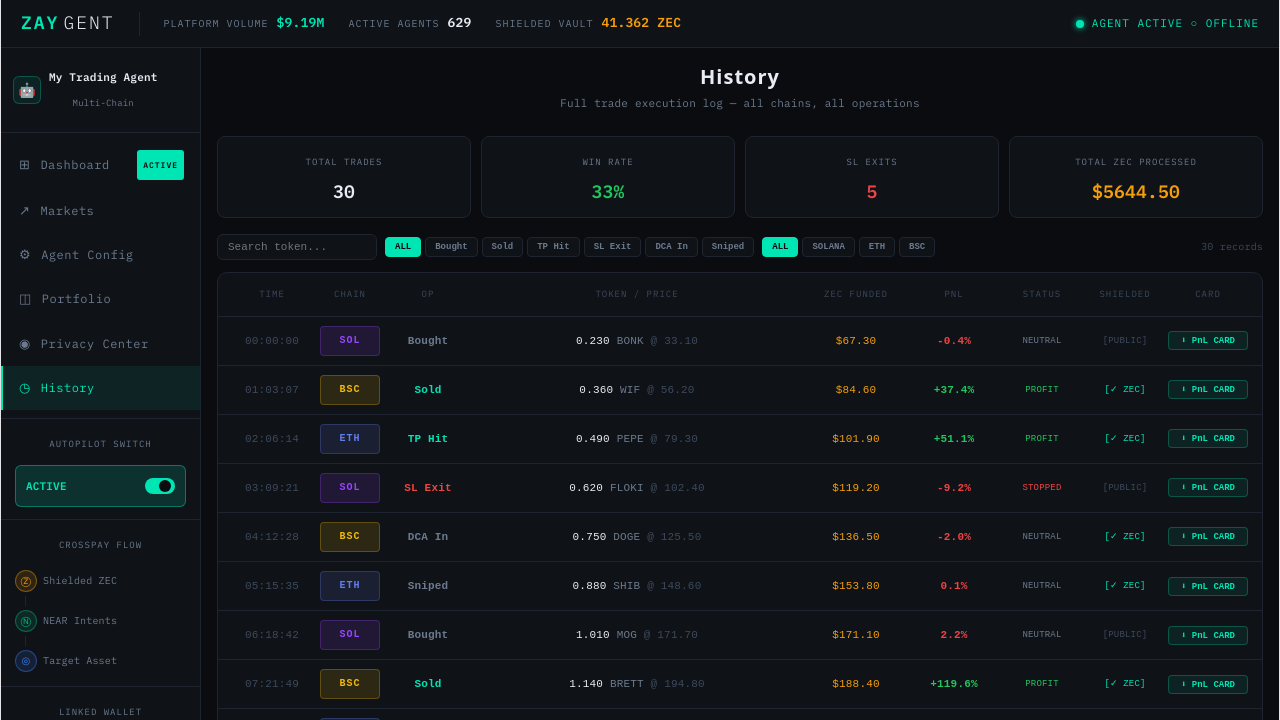
Repository: joshuaonazi/ZayAgent
Page: / (app in zaygent/), after clicking the first element matching `nav > :nth-child(6)`
The author's editor kept a copy of each file at every save. The page is drawn from the files as they stood at one save, then again after the next save.
The browser window is 1280 px wide. The pictures show the whole page.
The page's requests for data from a server got no answer. An inner scrolling area shows only its first screen. The project was rebuilt for these pictures with package versions that can differ from the ones it lists, and the page was loaded fresh each time. No one was signed in, and anything a server would have sent is missing. Also part of the build but not shown: zaygent/vite.config.js, zaygent/src/components/ActivityRow.jsx, zaygent/src/pages/Markets.jsx, zaygent/src/pages/AgentConfig.jsx, zaygent/src/components/PnLCard.jsx, zaygent/src/components/PnLCardModal.jsx, zaygent/src/pages/Portfolio.jsx, zaygent/src/pages/PrivacyCenter.jsx.

Above is the page before, as saved 2026-06-04 00:04:45.

After the next save:
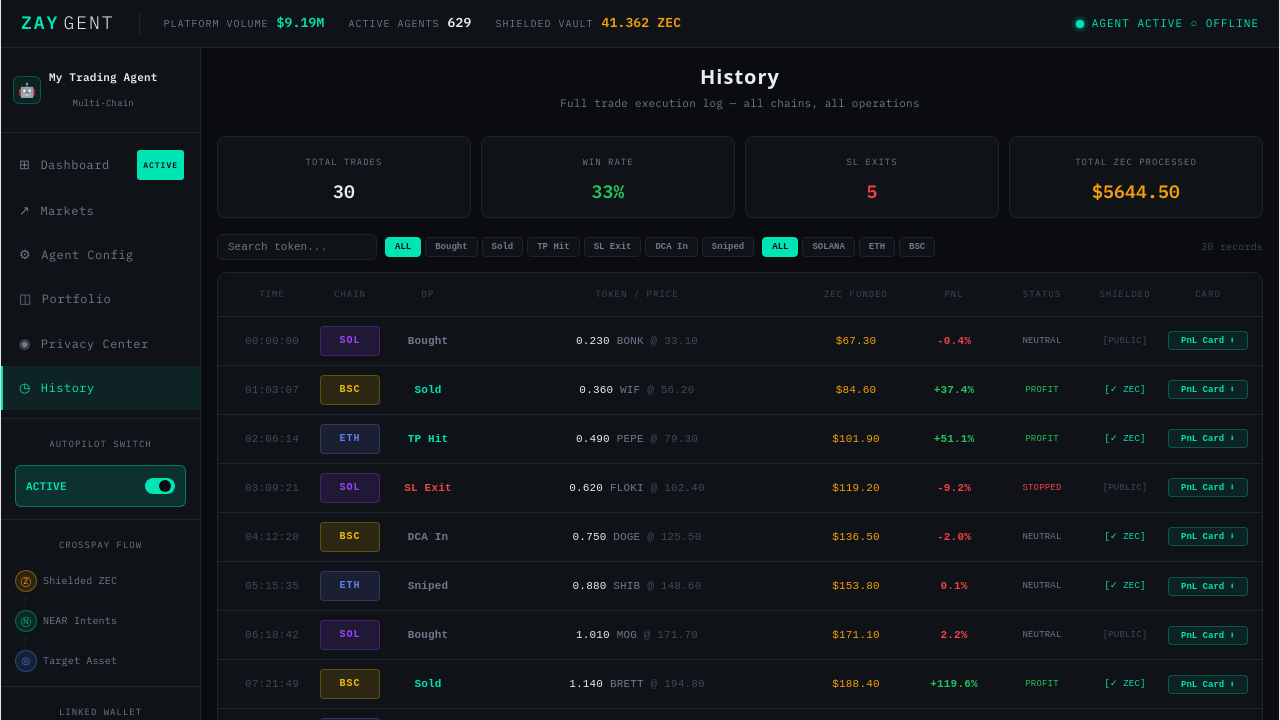
Saved 48 s later.
--- a/zaygent/src/pages/History.jsx
+++ b/zaygent/src/pages/History.jsx
@@ -114,7 +114,7 @@ export default function History() {
               <button
                 onClick={() => setSelectedTrade(item)}
                 style={{ background: COLORS.tealFaint, color: COLORS.teal, border: `1px solid ${COLORS.teal}44`, borderRadius: 4, padding: "3px 8px", fontSize: 9, fontFamily: "monospace", cursor: "pointer", fontWeight: 700 }}>
-                ⬇ PnL CARD
+                PnL Card ⬇
               </button>
             </div>
           ))}
